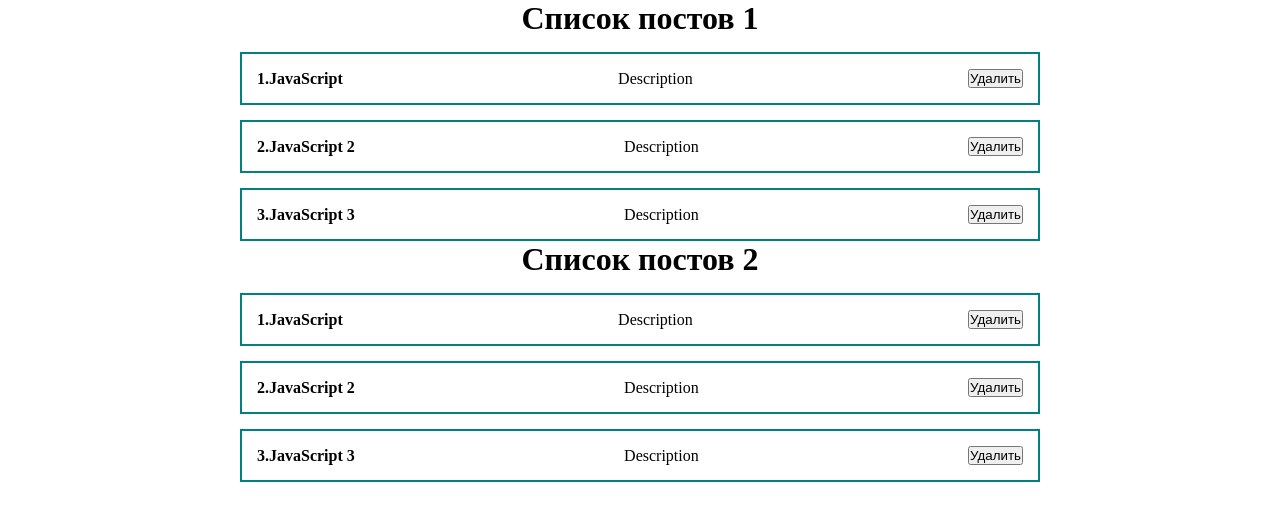
Repository: otvertka/ulb2_react
Page: / (app in jk_project/)
The author's editor kept a copy of each file at every save. The page is drawn from the files as they stood at one save, then again after the next save.
The browser window is 1280 px wide. The pictures show the whole page.
The project was rebuilt for these pictures with package versions that can differ from the ones it lists, and the page was loaded fresh each time. Also part of the build but not shown: jk_project/src/component/Counter.jsx, jk_project/src/component/ClassCounter.jsx.

Above is the page before, as saved 2023-09-08 11:45:56.

### jk_project/public/index.html
<!DOCTYPE html>
<html lang="en">
  <head>
    <meta charset="utf-8" />

    <meta name="viewport" content="width=device-width, initial-scale=1" />

    <title>React App</title>
  </head>
  <body>
    <noscript>You need to enable JavaScript to run this app.</noscript>
    <div id="root"></div>
    <!-- Здесь будет приложение JS -->
  </body>
</html>

### jk_project/src/App.js
import React, { useState } from "react";
import Counter from "./component/Counter";
import ClassCounter from "./component/ClassCounter";
import classes from "./styles/App.css";
import PostItem from "./component/PostItem";
import PostList from "./component/PostList";

function App() {
  const [posts, setPosts] = useState([
    { id: 1, title: "JavaScript", body: "Description" },
    { id: 2, title: "JavaScript 2", body: "Description" },
    { id: 3, title: "JavaScript 3", body: "Description" },
  ]);
  const [posts2, setPosts2] = useState([
    { id: 1, title: "Python", body: "Description" },
    { id: 2, title: "Python 2", body: "Description" },
    { id: 3, title: "Python 3", body: "Description" },
  ]);

  return (
    <div className="App">
      <PostList posts={posts} title="Список постов 1" />
      <PostList posts={posts} title="Список постов 2" />
    </div>
  );
}

export default App;

### jk_project/src/styles/app.css
* {
  margin: 0;
  padding: 0;
  box-sizing: border-box;
}

#root {
  display: flex;
  justify-content: center;
}

.App {
  width: 800px;
}

.post {
  display: flex;
  padding: 15px;
  border: 2px solid teal;
  margin-top: 15px;
  justify-content: space-between;
  align-items: center;
}

### jk_project/src/component/PostItem.jsx
import React from "react";

const PostItem = (props) => {
  console.log(props);
  return (
    <div>
      <div className="post">
        <div className="post__content">
          <strong>
            {props.post.id}.{props.post.title}
          </strong>
        </div>
        <div>{props.post.body}</div>
        <div className="post__btns">
          <button>Удалить</button>
        </div>
      </div>
    </div>
  );
};

export default PostItem;

### jk_project/src/component/PostList.jsx
import React from "react";
import PostItem from "./PostItem";

const PostList = ({ posts, title }) => {
  return (
    <div>
      <h1 style={{ textAlign: "center" }}>{title}</h1>
      {posts.map((post) => (
        <PostItem post={post} key={post.id} />
      ))}
    </div>
  );
};

export default PostList;

Loaded but not shown: jk_project/src/index.js (common file)

After the next save:
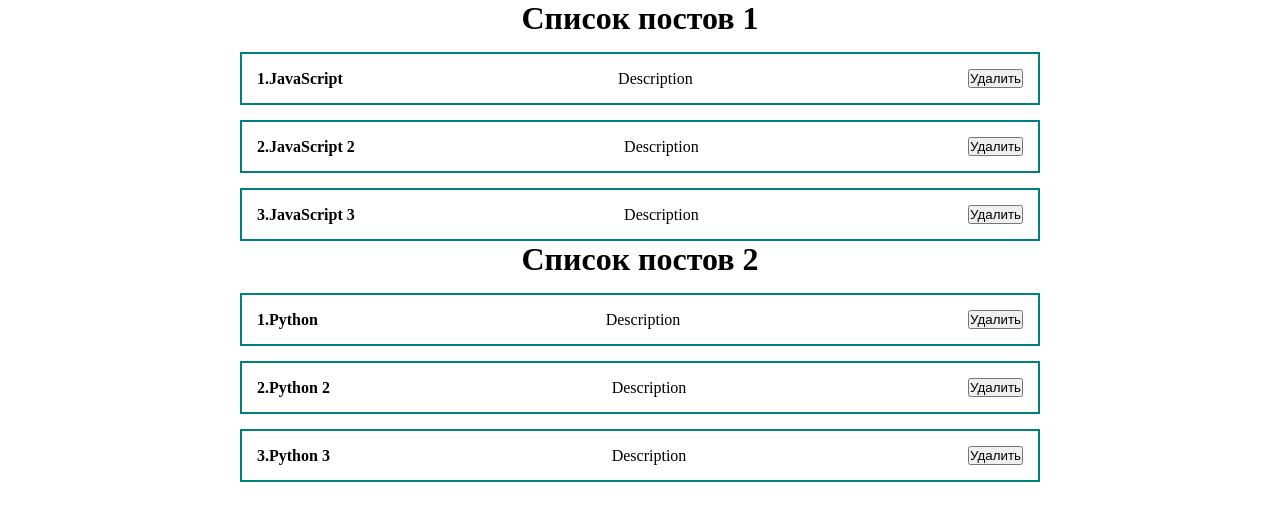
Saved 9 s later.
--- a/jk_project/src/App.js
+++ b/jk_project/src/App.js
@@ -20,7 +20,7 @@ function App() {
   return (
     <div className="App">
       <PostList posts={posts} title="Список постов 1" />
-      <PostList posts={posts} title="Список постов 2" />
+      <PostList posts={posts2} title="Список постов 2" />
     </div>
   );
 }
